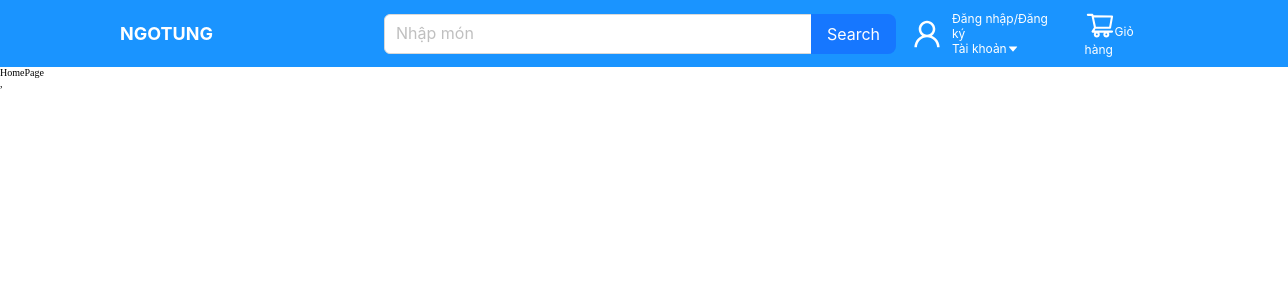
Repository: NgoThanhTung-2002/Youtube_Project
Page: /
These files come from the project's save history. The page is drawn as it stood at one moment and after the next save; the edit follows.
The browser window is 1280 px wide. The page is 1288 px wide, so the pictures cover 1288 px, including what lies to the right of the window. The pictures show the whole page.
The project was rebuilt for these pictures with package versions that can differ from the ones it lists, and the page was loaded fresh each time. Also part of the build but not shown: src/pages/NotFoundPage/NotFoundPage.jsx. Imported but missing from the stored project, and not drawn on this page: src/pages/OrderPage/OrderPage, src/pages/ProductsPage/ProductsPage.

Above is the page before, as saved 2023-09-26 13:05:43.

After the next save:
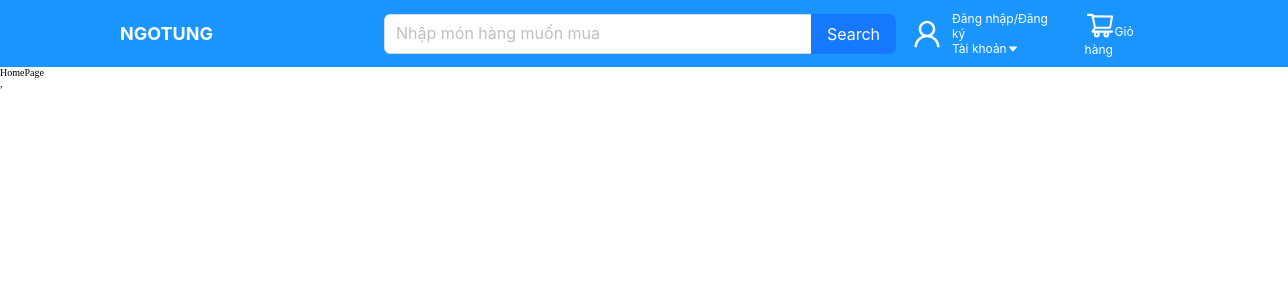
Saved 1 s later.
--- a/src/components/HeaderComponent/HeaderComponent.jsx
+++ b/src/components/HeaderComponent/HeaderComponent.jsx
@@ -22,7 +22,7 @@ const HeaderComponent = () => {
         </Col>
         <Col span={12}>
           <Search
-            placeholder="Nhập món"
+            placeholder="Nhập món hàng muốn mua"
             allowClear
             enterButton="Search"
             size="large"
